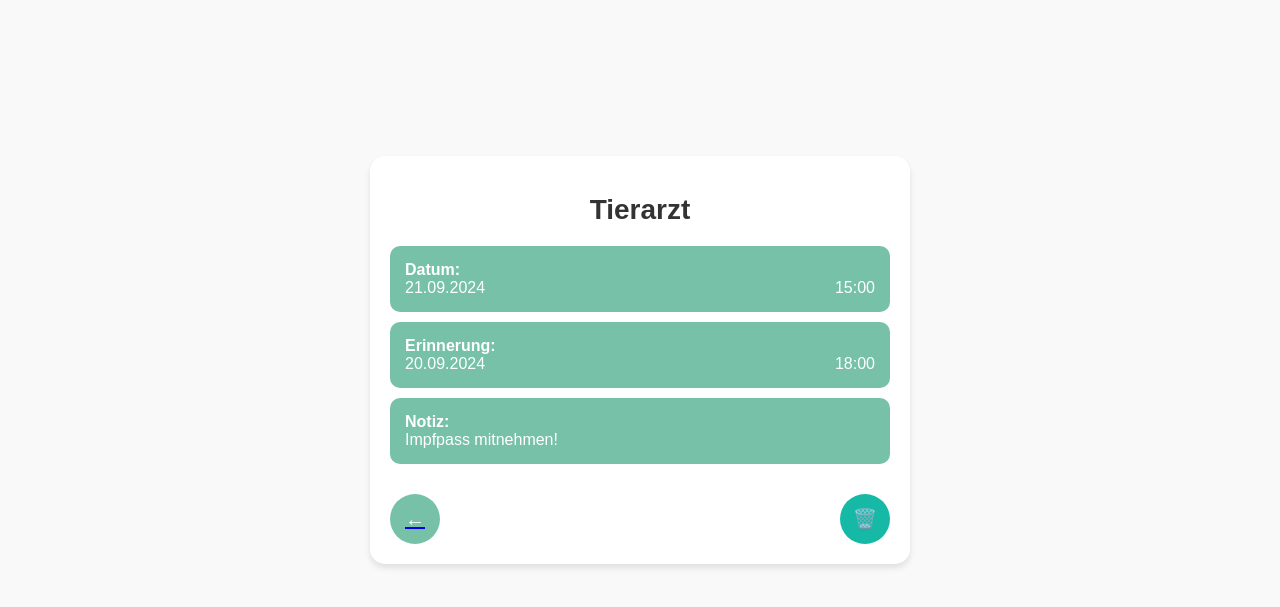
Repository: jakemoes/Pet-Tracker
Page: PWA/apppointmentDetails.html
An editor plug-in stored every save of this project. The page is shown before and after the next save, followed by the edit.
The browser window is 1280 px wide. The pictures show the whole page.

Above is the page before, as saved 2024-12-07 03:24:43.

After the next save:
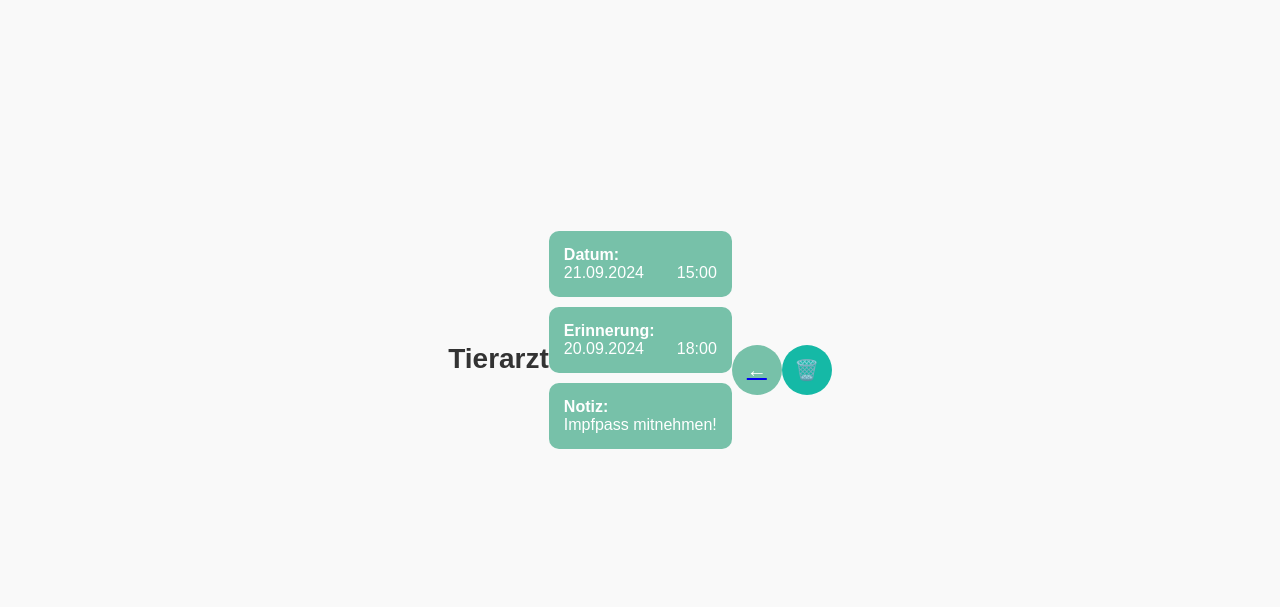
Saved 5 s later.
--- a/PWA/apppointmentDetails.html
+++ b/PWA/apppointmentDetails.html
@@ -7,7 +7,7 @@
     <title>Tierarzttermin</title>
 </head>
 <body>
-    <div class="details-container">
+
         <h1>Tierarzt</h1>
 
         <div class="entry">

After the save that followed:
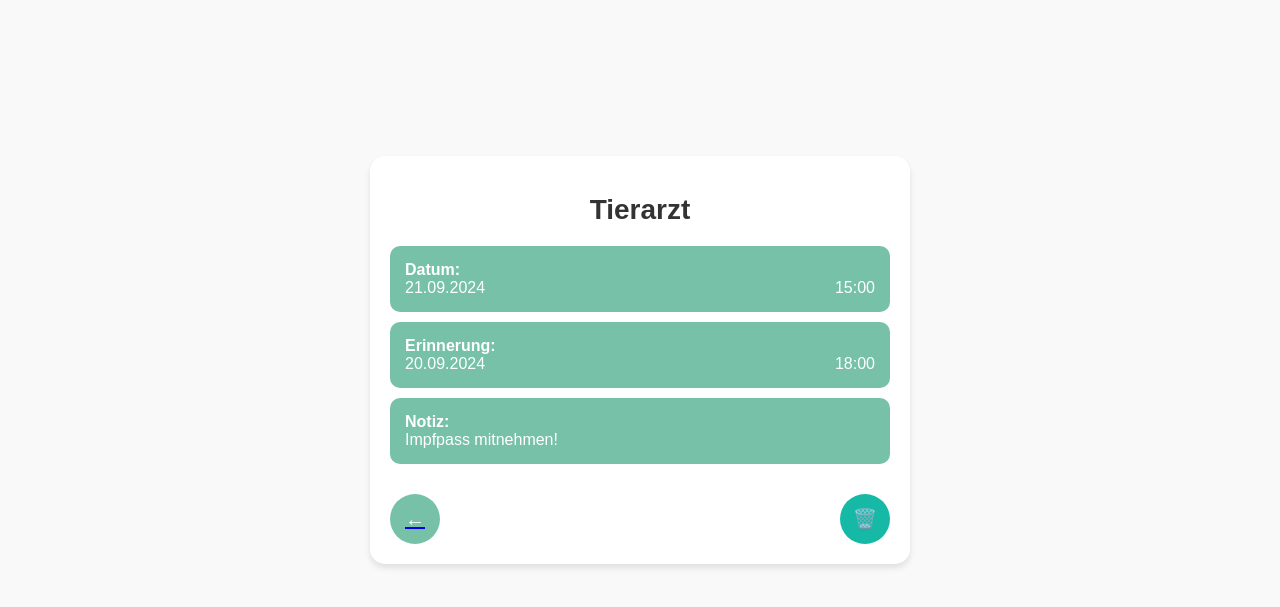
Saved 21 s later.
--- a/PWA/apppointmentDetails.html
+++ b/PWA/apppointmentDetails.html
@@ -7,7 +7,7 @@
     <title>Tierarzttermin</title>
 </head>
 <body>
-
+    <div class="details-container">
         <h1>Tierarzt</h1>
 
         <div class="entry">
@@ -36,6 +36,7 @@
                 🗑️
             </button>
         </div>
+    </div>
 
 </body>
 </html>
